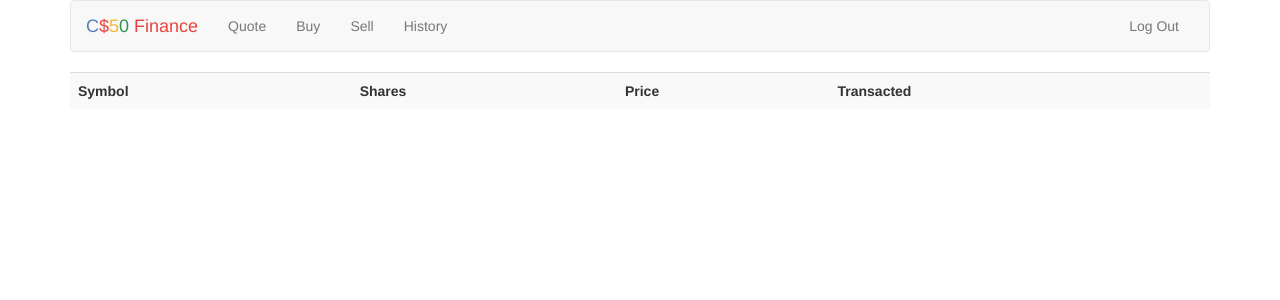
Repository: f41lure/cs50
Page: http://localhost/history
The author's editor kept a record of every edit. The page is drawn from the files as they stood at one moment, then again after the next edit.
The browser window is 1280 px wide. The pictures show the whole page.
Some web libraries are served in a nearby version. The page is served by the project's application, run on Flask 3 (finance/application.py). The session is filled in as if someone had signed in: {"user_id": 1}. The page reads the database file committed with the project.

Above is the page before.

After the next edit:
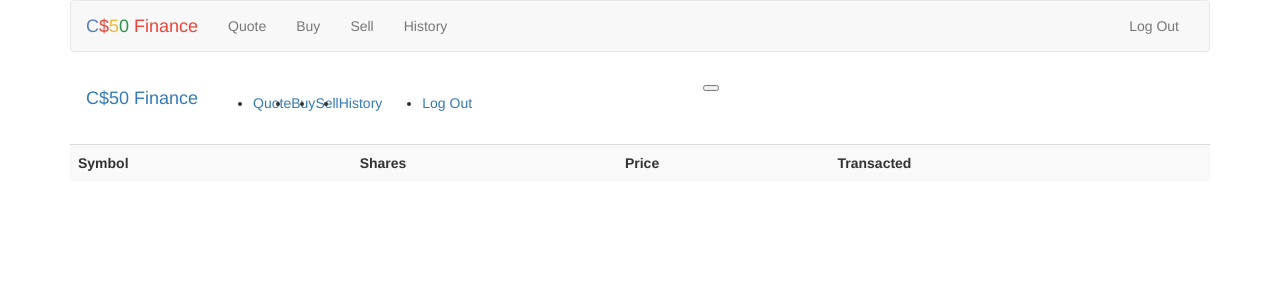
The edit:
--- a/finance/templates/history.html
+++ b/finance/templates/history.html
@@ -5,6 +5,25 @@
 {% endblock %}
 
 {% block main %}
+<nav class="navbar navbar-expand-md navbar-light bg-light border">
+            <a class="navbar-brand" href="/"><span class="blue">C</span><span class="red">$</span><span class="yellow">5</span><span class="green">0</span> <span class="red">Finance</span></a>
+            <button aria-controls="navbar" aria-expanded="false" aria-label="Toggle navigation" class="navbar-toggler" data-target="#navbar" data-toggle="collapse" type="button">
+                <span class="navbar-toggler-icon"></span>
+            </button>
+            <div class="collapse navbar-collapse" id="navbar">
+
+                    <ul class="navbar-nav mr-auto mt-2">
+                        <li class="nav-item"><a class="nav-link" href="/quote">Quote</a></li>
+                        <li class="nav-item"><a class="nav-link" href="/buy">Buy</a></li>
+                        <li class="nav-item"><a class="nav-link" href="/sell">Sell</a></li>
+                        <li class="nav-item"><a class="nav-link" href="/history">History</a></li>
+                    </ul>
+                    <ul class="navbar-nav ml-auto mt-2">
+                        <li class="nav-item"><a class="nav-link" href="/logout">Log Out</a></li>
+                    </ul>
+
+            </div>
+        </nav>
     <table class="table table-striped" style="width:100%">
       <tr>
         <th>Symbol</th>
